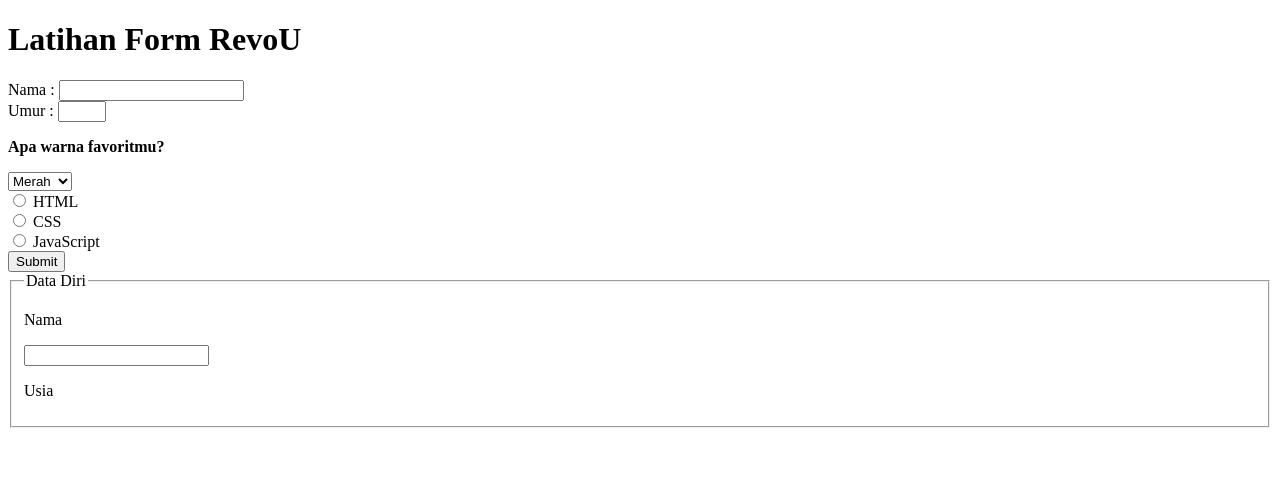
Repository: esramrsln/day2_RevoU
Page: form.html
These files come from the project's save history. The page is drawn as it stood at one moment and after the next save; the edit follows.
The browser window is 1280 px wide. The pictures show the whole page.

Above is the page before, as saved 2024-07-23 21:42:38.

### form.html
<!DOCTYPE html>
<html>
<head>
    <meta charset="UTF-8" />
    <title>Membuat Form sederhana</title>
</head>
<body>
    <h1>Latihan Form RevoU</h1>
    <form action="https://search.yahoo.com/search?d=%7b%22dn%22%3a%22yk%22%2c%22subdn%22%3a%22company%22%2c%22ykid%22%3a%225929ee1f-b3d5-4187-90c2-a7bf3ccba9d0%22%7d&fr2=p%3ads%2cv%3aomn%2cm%3asa%2cbrws%3achrome%2cpos%3a1&fr=mcafee&type=E211US714G0&p=Google" method="post">
        <label for="name">Nama :</label>
        <input id="name" type="text"/>
        <br>
        <label for="umur">Umur :</label>
        <input id="umur" type="number" min="1" max="9">
        <p><b> Apa warna favoritmu?</b></p>
        <select name="" id="">
            <option value="">Merah</option>
            <option value="">Kuning</option>
            <option value="">Hijau</option>
        </select>

        <br>
        <input type="radio" name="fav_language" id="html" value="HTML">
        <label for="html">HTML</label><br>

        <input type="radio" name="fav_language" id="css" value="CSS">
        <label for="html">CSS</label><br>

        <input type="radio" name="fav_language" id="javascript" value="JavaScript">
        <label for="html">JavaScript</label><br>

        <input type="Submit" value="Submit">

    </form>


    <fieldset>
        <legend>Data Diri</legend>
        <p><label for="nama">Nama</label></p>
           <input type="text" name="nama">
        <p><label for="usia">Usia</label></p>
    </fieldset>
</body>
</html>

After the next save:
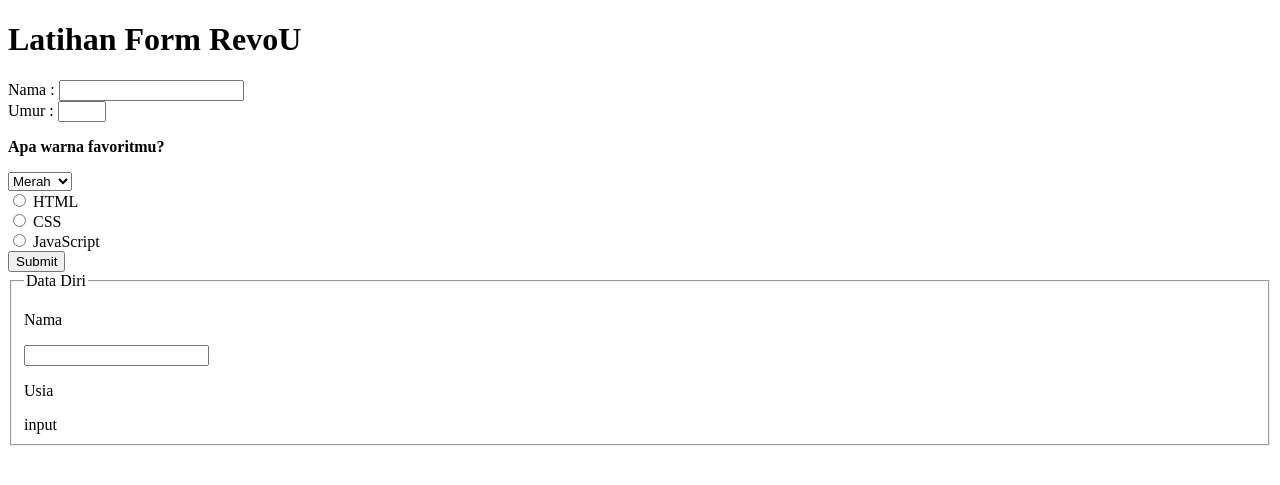
Saved 7 s later.
--- a/form.html
+++ b/form.html
@@ -39,6 +39,7 @@
         <p><label for="nama">Nama</label></p>
            <input type="text" name="nama">
         <p><label for="usia">Usia</label></p>
+        input
     </fieldset>
 </body>
 </html>
